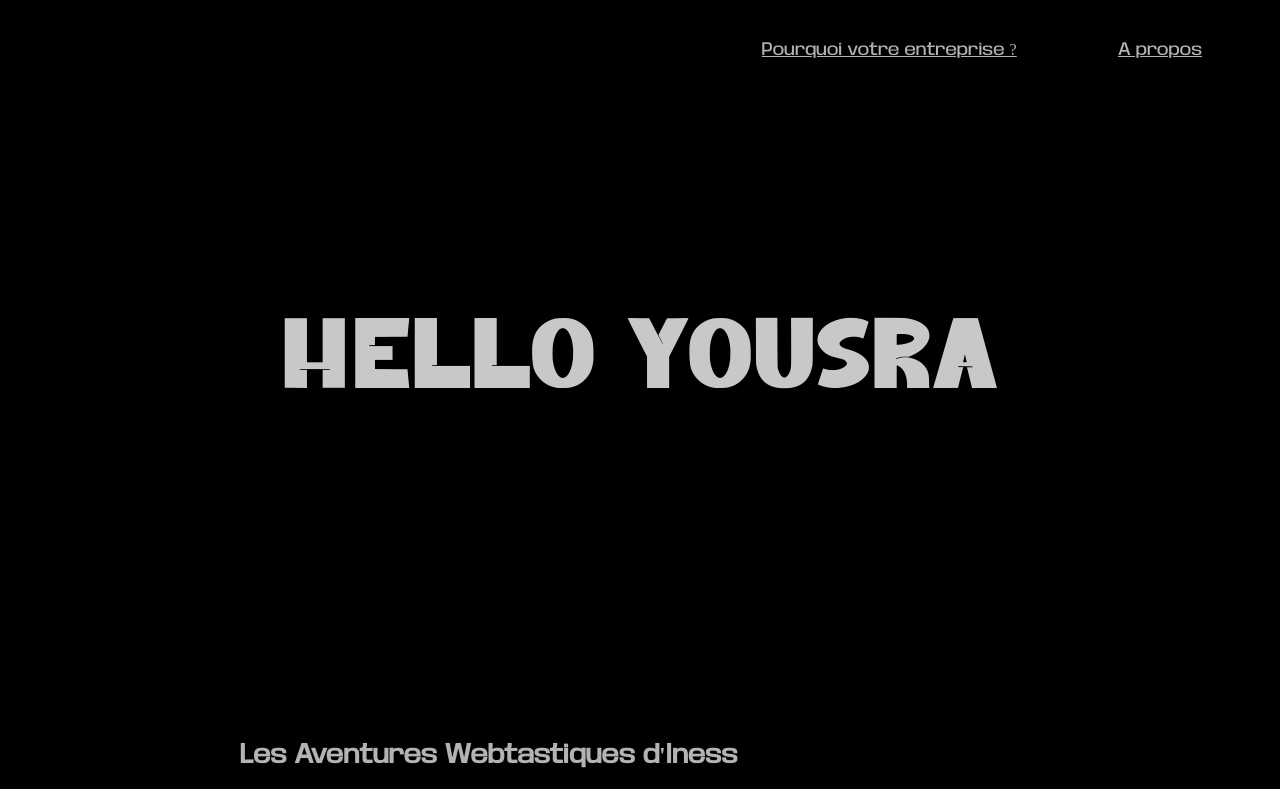
Repository: inessben/application
Page: index.html
These files come from the project's save history. The page is drawn as it stood at one moment and after the next save; the edit follows.
The browser window is 1280 px wide. The pictures show the part of the page from y = 0 to 789 px (the page is 1931 px tall before and 1260 px after).
A picture or video elsewhere on the page could not be fetched, so the positions and the page height are approximate.

Above is the page before, as saved 2023-12-03 23:22:17.

After the next save:
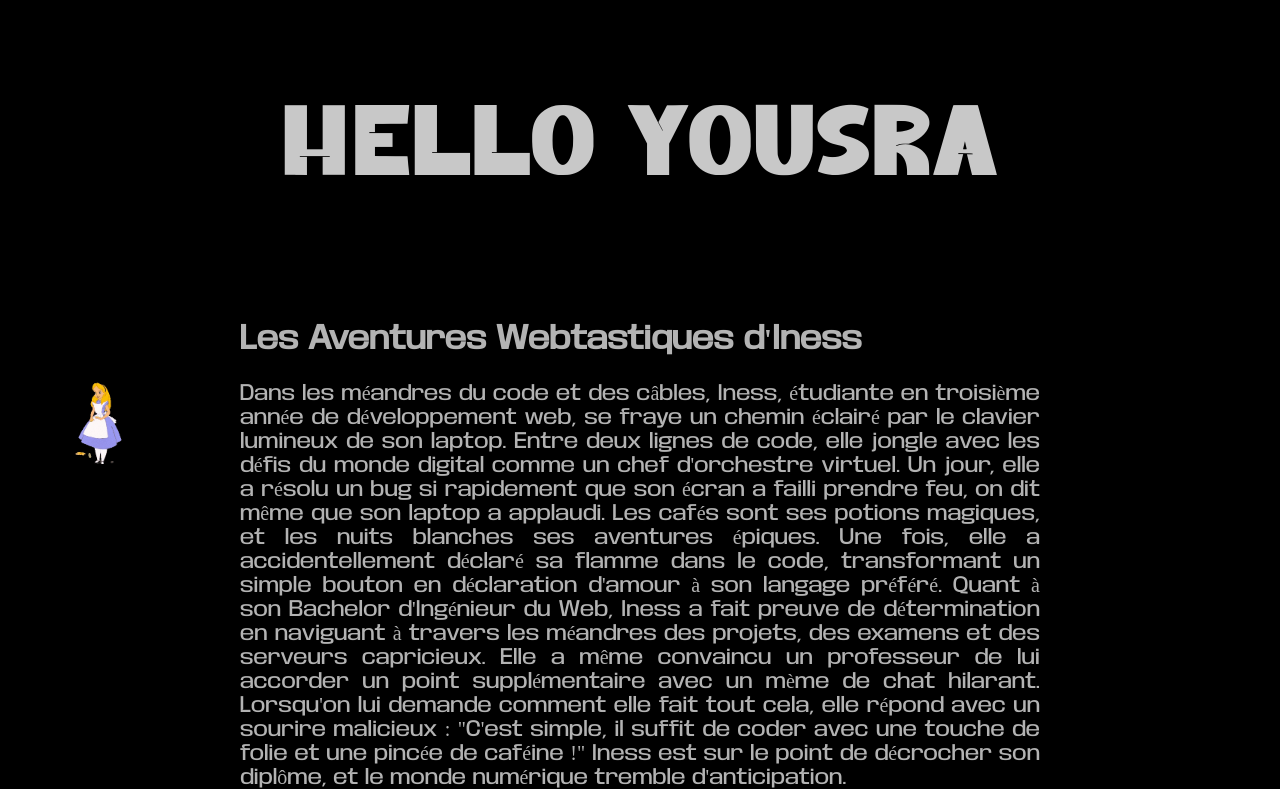
Saved 67 s later.
--- a/index.css
+++ b/index.css
@@ -54,8 +54,8 @@ body {
     }
 
 #interactive-section {
+    position: relative;
     font-family: "Jolley";
-    height: 100vh;
     font-size: 100px;
     display: flex;
     align-items: center;
@@ -66,10 +66,10 @@ body {
 
 #main-content {
     position: relative;
-    height: 100vh;
     color: #b3b3b3;
     max-width: 800px;
     margin: 20px auto;
+    font-size: 20px;
     text-align: justify;
     padding: 0 20px;
     transition: opacity 0.5s ease-in-out;
